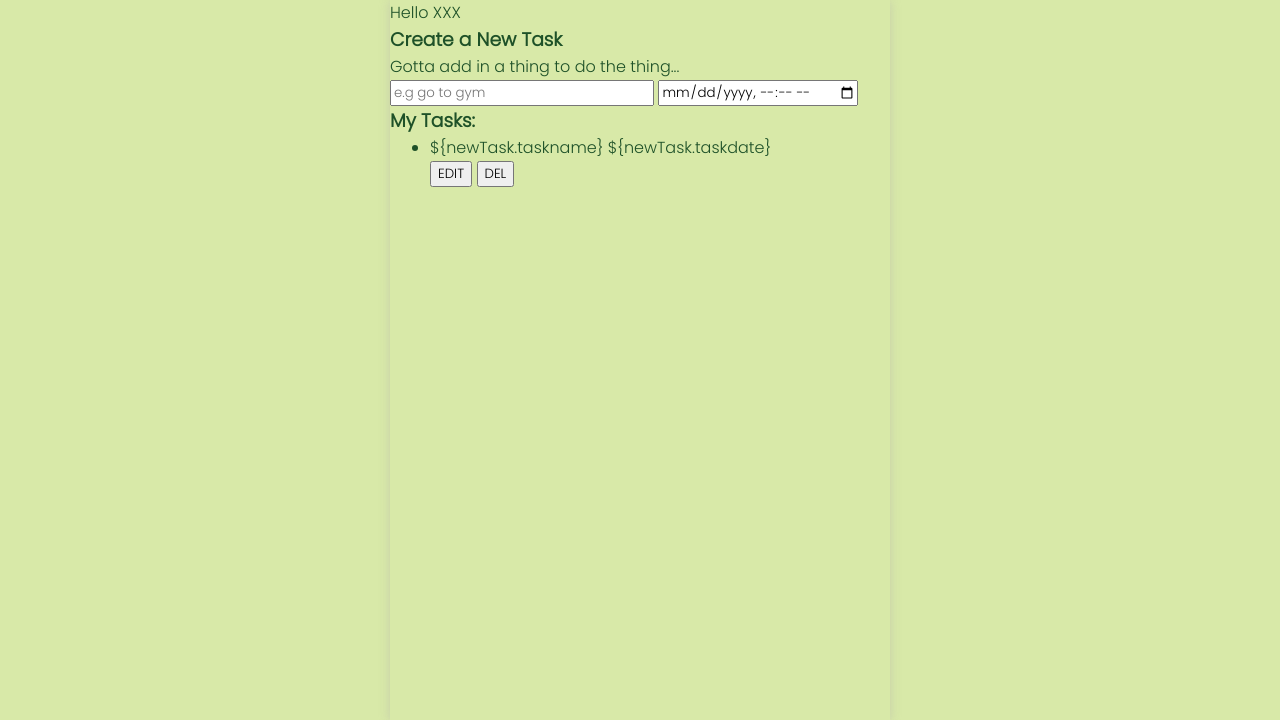
Repository: acidpixie/todo-app-version3
Page: index.html
These files come from the project's save history. The page is drawn as it stood at one moment and after the next save; the edit follows.
The browser window is 1280 px wide. The pictures show the whole page.

Above is the page before, as saved 2022-06-11 15:26:06.

### index.html
<!DOCTYPE html>
<html lang="en">
<head>
    <meta charset="UTF-8">
    <meta http-equiv="X-UA-Compatible" content="IE=edge">
    <meta name="viewport" content="width=device-width, initial-scale=1.0">
    <title>Todo Application</title>

    <link rel="stylesheet" type="text/css" href="/css/stylesheet.css">
    <script type="text/javascript" src="/js/script.js" defer></script>

    <!--google fonts - poppins-->
    <link rel="preconnect" href="https://fonts.googleapis.com">
    <link rel="preconnect" href="https://fonts.gstatic.com" crossorigin>
    <link href="https://fonts.googleapis.com/css2?family=Poppins:wght@200;300&display=swap" rel="stylesheet">


</head>
<body>

    <section>
        <heading>Hello XXX</heading>

        <div>
            <h3>Create a New Task</h3>
            <form>
                <label>Gotta add in a thing to do the thing...</label>
                <input type="text" id="input-task" placeholder="e.g go to gym">
                <input type="datetime-local" id="input-date">
                </label>
            </form>
       </div>
    </section>

    <section>
        <div id="display-tasks" class="display">
            <h3>My Tasks:</h3>
            <ul class="task-item" id="task-list">
                <li class="list-item" id="list-item" data-id="${newTask.taskId}">
                    <div class="list-container">
                        <span class="list-input" id="list-input">${newTask.taskname}</span>
                        <span class="list-date-input" id="list-date-input">${newTask.taskdate}</span>
                    </div>
                    <div class="list-buttons">
                        <button class="edit-item" id="edit-item">EDIT</button>
                        <button class="delete-item" id="delete-item">DEL</button>
                    </div>
                </li>
            </ul>
        </div>
    </section>


</body>
</html>

### css/stylesheet.css
/*color pallet
#191A19 - black
#1E5128 - dark green
#4E9F3D - light green
#D8E9A8 - whitish green gray
*/



* {
    box-sizing: border-box;
    font-family: "poppins", sans-serif;
    margin: 0;
}

body {
    background-color: #D8E9A8;
    color: #1E5128;
    max-width: 500px;
    min-height: 100vh;
    margin: auto;
    box-shadow: 0 1px 10px 0px rgba(176, 173, 173, 0.467);
    position: relative;
}

Loaded but not shown: js/script.js (no copy from this time; the picture is the same without it)

After the next save:
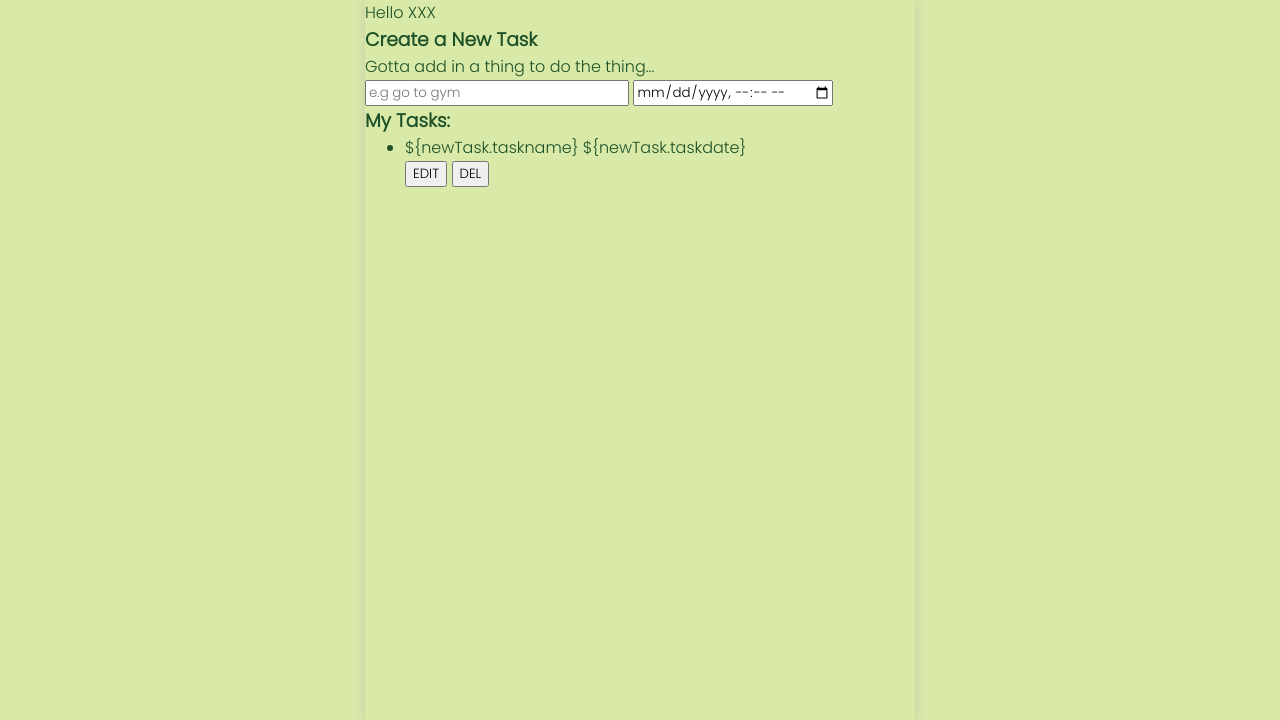
Saved 6 s later.
--- a/css/stylesheet.css
+++ b/css/stylesheet.css
@@ -16,7 +16,7 @@
 body {
     background-color: #D8E9A8;
     color: #1E5128;
-    max-width: 500px;
+    max-width: 550px;
     min-height: 100vh;
     margin: auto;
     box-shadow: 0 1px 10px 0px rgba(176, 173, 173, 0.467);
